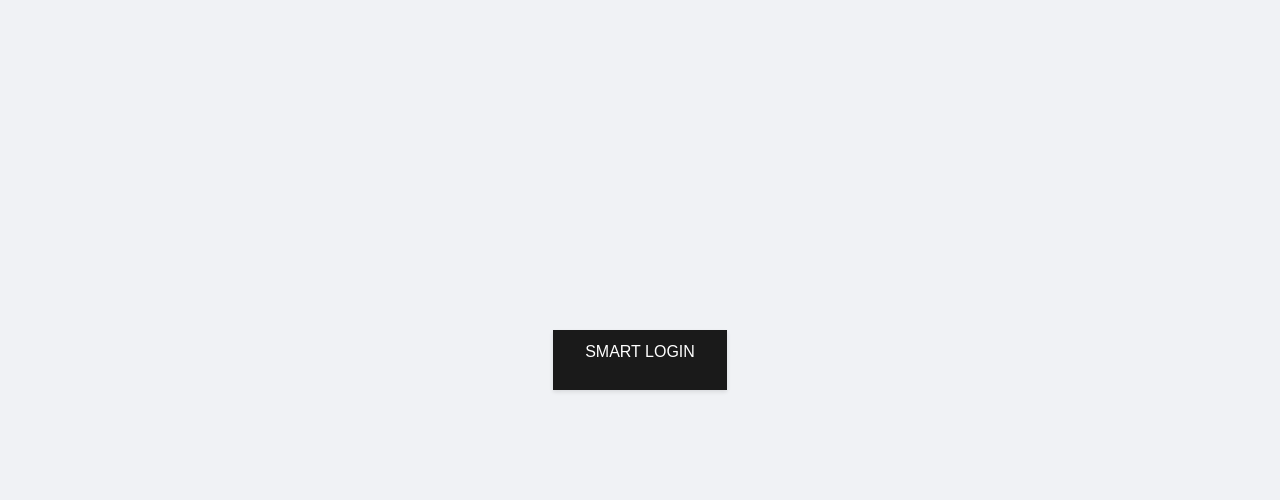
Repository: bodajava/TASK-4
Page: theerdIndex.html
These files come from the project's save history. The page is drawn as it stood at one moment and after the next save; the edit follows.
The browser window is 1280 px wide. The pictures show the whole page.

Above is the page before, as saved 2025-06-18 04:10:37.

### theerdIndex.html
<!DOCTYPE html>
<html lang="en">
  <head>
    <link rel="stylesheet" href="CSS/all.min.css" />
    <link rel="stylesheet" href="CSS/bootstrap.css" />
    <link rel="stylesheet" href="CSS/style.css" />
    <meta charset="UTF-8" />
    <meta name="viewport" content="width=device-width, initial-scale=1.0" />
    <title>Document</title>
  </head>
  <body>
    <nav class="navbar navbar-expand-lg navbar-dark groub">
      <div class="container">
        <p class="d-flex justify-content-end">SMART LOGIN</p>
      </div>
    </nav>
    <script src="js/bootstrap.bundle.min.js"></script>
    <script src="js/index.js"></script>
  </body>
</html>

### CSS/style.css
* {
  padding: 0;
  margin: 0;
  box-sizing: border-box;
}

body {
  background-color: #24353f;
  display: flex;
  justify-content: center;
  align-items: center;
  font-family: Arial, sans-serif;
}

#item {
  margin-top: 60px;
  margin-left: 390px;
  margin-right: 390px;
  padding-left: 15px;
  padding-right: 15px;
}

#item2 {
  box-shadow: 0 0 20px rgba(0, 0, 0, 0.2);
  margin-left: 138.75px;
  margin-right: 138.75px;
  padding-left: 60px;
  padding-right: 60px;
  padding-top: 60px;
  padding-bottom: 60px;
}

h1 {
  color: #189bb1;
}

.anchor {
  text-decoration: none;
}

.anchor:hover {
  text-decoration: underline;
}

.paragraph {
  font-size: 20px;
  line-height: 30px;
  font-weight: 400;
  color: white;
}

.paragraph a {
  font-size: 20px;
  line-height: 30px;
  font-weight: 400;
  color: white;
}

.form-control {
  background-color: #24353f;
  border: 1px solid white;
  color: #fff;
  border-radius: 5px;
}

.form-control::placeholder {
  color: #a0a0a0;
}

.form-control:focus {
  background-color: #24353f;
  color: #fff;
  border-color: #189bb1;
  outline: none;
  box-shadow: none;
}

.btnn {
  text-decoration: none;
  color: #189bb1;
}

.btnn:hover {
  color: white;
}

#box {
  box-shadow: 0 0 20px rgba(0, 0, 0, 0.2);
}

/* Basic Reset and Body Styling */
body {
  margin: 0;
  font-family: Arial, sans-serif; /* Example font, adjust as needed */
  background-color: #f0f2f5; /* A light background for the page */
  display: flex; /* Use flexbox for overall page layout */
  flex-direction: column; /* Stack elements vertically */
  min-height: 100vh; /* Ensure body takes full viewport height */
}

/* Navbar Styling */
.navbar {
  display: flex; /* Use flexbox to align items horizontally */
  justify-content: space-between; /* Space out left, center, right sections */
  align-items: center; /* Vertically center items */
  background-color: #1a1a1a; /* Dark background for the navbar */
  padding: 10px 20px; /* Padding inside the navbar */
  color: #fff; /* Default text color for navbar elements */
  box-shadow: 0 2px 4px rgba(0, 0, 0, 0.1); /* Subtle shadow */
}

/* Navbar Left Section */
.navbar-left {
  display: flex;
  align-items: center;
  gap: 20px; /* Space between brand and links list */
}

.nav-brand {
  color: #fff;
  text-decoration: none;
  font-weight: bold;
  font-size: 1.1em;
  display: flex;
  align-items: center;
  gap: 5px; /* Space between icon and text */
}

.nav-brand .icon {
  font-size: 1.2em; /* Size for the icon */
}

.nav-links {
  list-style: none; /* Remove bullet points */
  margin: 0;
  padding: 0;
  display: flex; /* Arrange links horizontally */
  gap: 15px; /* Space between links */
}

.nav-link {
  color: rgba(255, 255, 255, 0.7); /* Lighter color for non-active links */
  text-decoration: none;
  padding: 5px 0;
  transition: color 0.3s ease; /* Smooth transition for hover */
}

.nav-link:hover {
  color: #fff; /* White on hover */
}

.nav-link.active {
  color: #fff; /* White for the active link */
  font-weight: bold;
}

/* Navbar Center Section */
.navbar-center {
  flex-grow: 1; /* Allow the center section to take available space */
  text-align: center; /* Center the title text */
}

.navbar-title {
  font-size: 1.5em; /* Larger font for the main title */
  font-weight: bold;
  color: #fff; /* White color */
}

/* Navbar Right Section */
.navbar-right {
  display: flex;
  align-items: center;
  gap: 10px; /* Space between right-aligned elements */
}

/* Button Styling */
.btn {
  padding: 8px 15px;
  border: none;
  border-radius: 5px;
  cursor: pointer;
  font-size: 0.9em;
  transition: background-color 0.3s ease, color 0.3s ease;
}

.logout-btn {
  background-color: transparent;
  color: #fff;
  border: 1px solid #fff; /* White border for logout */
}

.logout-btn:hover {
  background-color: #fff;
  color: #1a1a1a;
}

.chrome-btn {
  background-color: #007bff; /* Example: A blue color for the chrome button */
  color: #fff;
  border: 1px solid #007bff; /* Matching border */
}

.chrome-btn:hover {
  background-color: #0056b3; /* Darker blue on hover */
  border-color: #0056b3;
}

/* User Avatar */
.user-avatar img {
  width: 30px;
  height: 30px;
  border-radius: 50%; /* Make it circular */
  border: 2px solid #fff; /* Small white border around avatar */
  object-fit: cover; /* Ensure image covers the area */
}

/* Content Area (below navbar) */
.content {
  flex-grow: 1; /* Allows content to take remaining vertical space */
  display: flex;
  justify-content: center;
  align-items: center;
  padding: 20px;
}

.welcome-box {
  background-color: #3498db; /* A distinct blue for the box */
  color: #fff;
  padding: 40px 80px; /* Generous padding */
  border-radius: 8px;
  font-size: 2em; /* Large font size */
  font-weight: bold;
  text-align: center;
  box-shadow: 0 4px 8px rgba(0, 0, 0, 0.2);
}

Loaded but not shown: CSS/all.min.css (library); CSS/bootstrap.css (library); js/bootstrap.bundle.min.js (library); js/index.js (no copy from this time; the picture is the same without it)

After the next save:
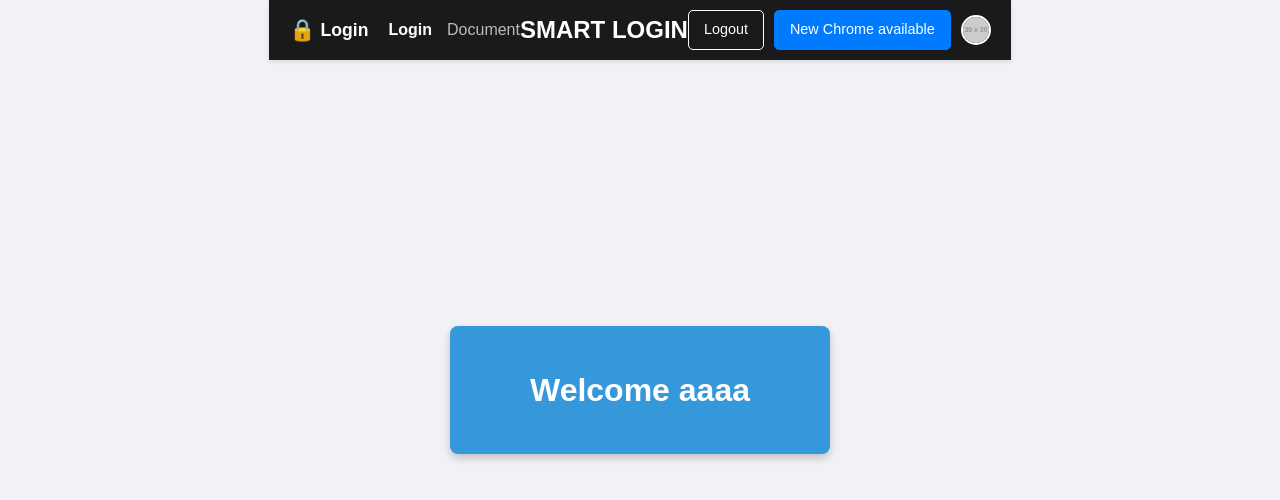
Saved 3 s later.
--- a/theerdIndex.html
+++ b/theerdIndex.html
@@ -9,11 +9,33 @@
     <title>Document</title>
   </head>
   <body>
-    <nav class="navbar navbar-expand-lg navbar-dark groub">
-      <div class="container">
-        <p class="d-flex justify-content-end">SMART LOGIN</p>
+    <nav class="navbar">
+      <div class="navbar-left">
+        <a href="#" class="nav-brand">
+          <span class="icon">&#x1F512;</span> Login
+        </a>
+        <ul class="nav-links">
+          <li><a href="#" class="nav-link active">Login</a></li>
+          <li><a href="#" class="nav-link">Document</a></li>
+        </ul>
+      </div>
+
+      <div class="navbar-center">
+        <span class="navbar-title">SMART LOGIN</span>
+      </div>
+
+      <div class="navbar-right">
+        <button class="btn logout-btn">Logout</button>
+        <button class="btn chrome-btn">New Chrome available</button>
+        <div class="user-avatar">
+          <img src="https://via.placeholder.com/30" alt="User Avatar" />
+        </div>
       </div>
     </nav>
+
+    <div class="content">
+      <div class="welcome-box">Welcome aaaa</div>
+    </div>
     <script src="js/bootstrap.bundle.min.js"></script>
     <script src="js/index.js"></script>
   </body>
